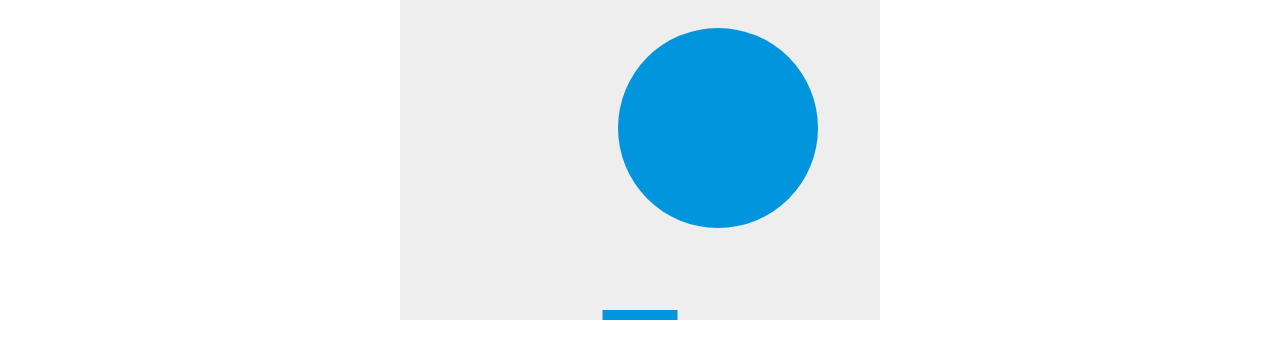
Repository: hara-PG/javascript_operation
Page: block_game/index.html
These files come from the project's save history. The page is drawn as it stood at one moment and after the next save; the edit follows.
The browser window is 1280 px wide. The pictures show the whole page.

Above is the page before, as saved 2022-06-21 18:08:46.

After the next save:
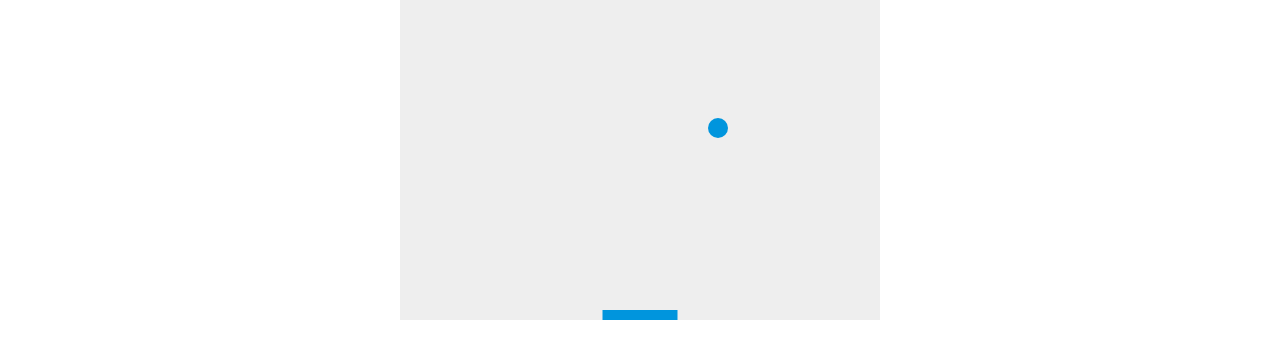
Saved 114 s later.
--- a/block_game/game.js
+++ b/block_game/game.js
@@ -13,7 +13,7 @@ let color = "#0095DD";
 
 function drawBall() {
   ctx.beginPath();
-  ctx.arc(x, y, 100, 0, Math.PI * 2);
+  ctx.arc(x, y, ballRadius, 0, Math.PI * 2);
   ctx.fillStyle = color;
   ctx.fill();
   ctx.closePath();
